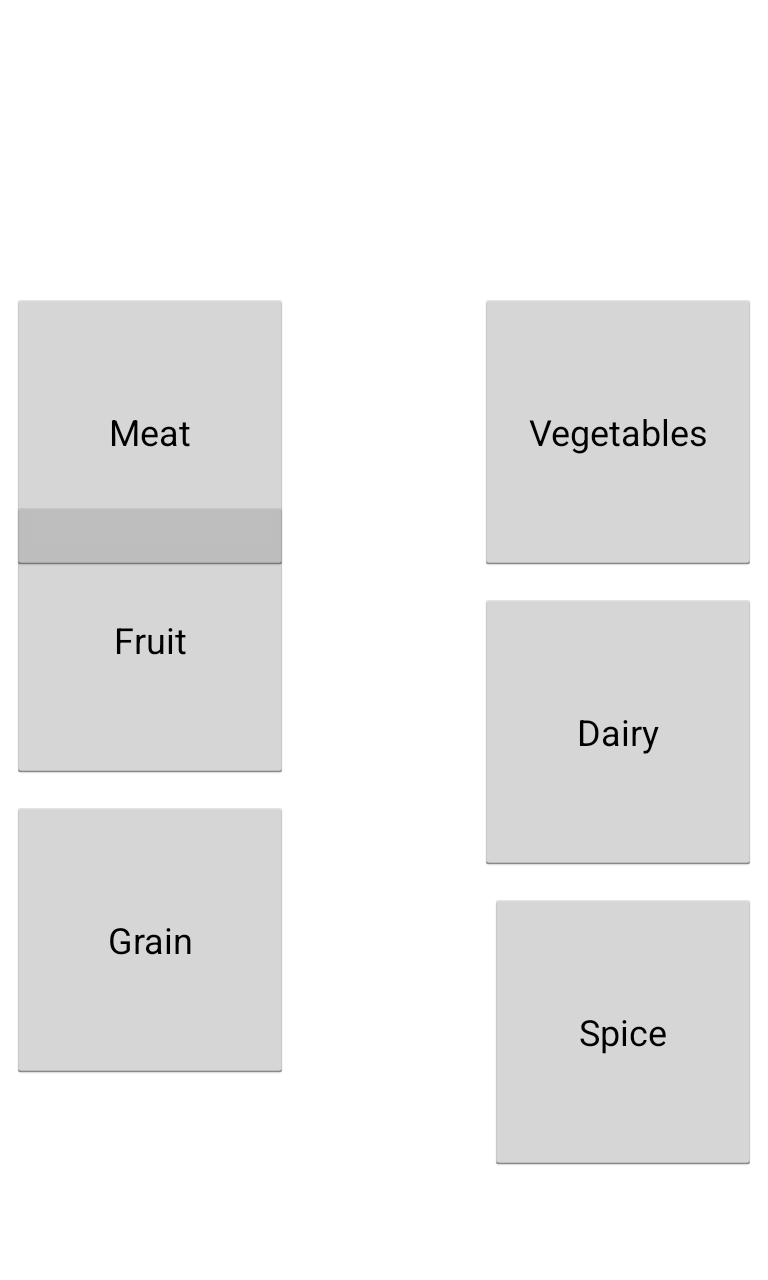
Repository: jmwood22/Boyardroid
Layout: Boyardroid/res/layout/activity_quick_recipe.xml
The author's editor kept a copy of each file at every save. The layout is drawn from the files as they stood at one save, then again after the next save.
It is drawn on a 768 x 1280 px phone screen (xhdpi) without system bars, with theme AppTheme; the app's code is not run.

Above is the layout before, as saved 2013-02-22 02:07:57.

After the next save:
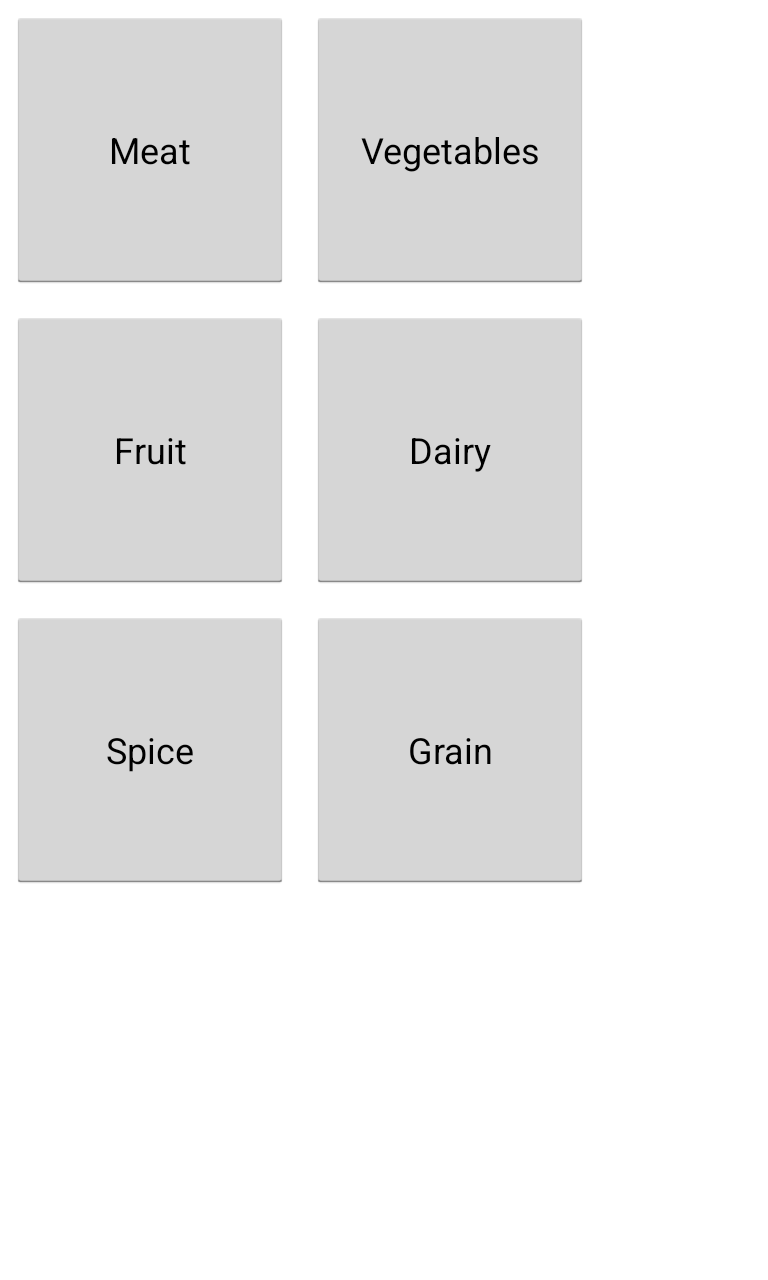
Saved 8 min 31 s later.
--- a/Boyardroid/res/layout/activity_quick_recipe.xml
+++ b/Boyardroid/res/layout/activity_quick_recipe.xml
@@ -1,63 +1,85 @@
-<RelativeLayout xmlns:android="http://schemas.android.com/apk/res/android"
+<TableLayout xmlns:android="http://schemas.android.com/apk/res/android"
     xmlns:tools="http://schemas.android.com/tools"
     android:layout_width="match_parent"
     android:layout_height="match_parent"
     tools:context=".QuickRecipe" >
 
-    <Button
-        android:id="@+id/vegetable"
-        android:layout_width="140dp"
-        android:layout_height="140dp"
-        android:layout_above="@+id/dairy"
-        android:layout_alignParentRight="true"
-        android:layout_margin="5dip"
-        android:text="@string/vegetable" />
+        android:layout_width="wrap_content"
+        android:layout_height="wrap_content"
+        android:layout_centerHorizontal="true"
+        android:layout_centerVertical="true" >
 
-    <Button
-        android:id="@+id/fruit"
-        android:layout_width="140dp"
-        android:layout_height="140dp"
-        android:layout_alignParentLeft="true"
-        android:layout_centerVertical="true"
-        android:layout_margin="5dip"
-        android:text="@string/title_activity_fruit" />
+        <TableRow
+            android:id="@+id/tableRow1"
+            android:layout_width="wrap_content"
+            android:layout_height="wrap_content" >
 
-    <Button
-        android:id="@+id/meat"
-        android:layout_width="140dp"
-        android:layout_height="140dp"
-        android:layout_above="@+id/dairy"
-        android:layout_alignParentLeft="true"
-        android:layout_margin="5dip"
-        android:text="@string/meat" />
+            <Button
+                android:id="@+id/meat"
+                android:layout_width="140dp"
+                android:layout_height="140dp"
+                android:layout_above="@+id/dairy"
+                android:layout_alignParentLeft="true"
+                android:layout_margin="5dip"
+                android:text="@string/meat" />
 
-    <Button
-        android:id="@+id/dairy"
-        android:layout_width="140dp"
-        android:layout_height="140dp"
-        android:layout_alignBaseline="@+id/fruit"
-        android:layout_alignBottom="@+id/fruit"
-        android:layout_alignParentRight="true"
-        android:layout_margin="5dip"
-        android:text="@string/dairy" />
+            <Button
+                android:id="@+id/vegetable"
+                android:layout_width="140dp"
+                android:layout_height="140dp"
+                android:layout_above="@+id/dairy"
+                android:layout_alignParentRight="true"
+                android:layout_margin="5dip"
+                android:text="@string/vegetable" />
+        </TableRow>
 
-    <Button
-        android:id="@+id/grain"
-        android:layout_width="140dp"
-        android:layout_height="140dp"
-        android:layout_alignParentLeft="true"
-        android:layout_below="@+id/fruit"
-        android:layout_margin="5dip"
-        android:text="@string/grain" />
+        <TableRow
+            android:id="@+id/tableRow2"
+            android:layout_width="wrap_content"
+            android:layout_height="wrap_content" >
 
-    <Button
-        android:id="@+id/spice"
-        android:layout_width="140dp"
-        android:layout_height="140dp"
-        android:layout_alignBaseline="@+id/grain"
-        android:layout_alignBottom="@+id/grain"
-        android:layout_alignLeft="@+id/dairy"
-        android:layout_margin="5dip"
-        android:text="@string/spice" />
+            <Button
+                android:id="@+id/fruit"
+                android:layout_width="140dp"
+                android:layout_height="140dp"
+                android:layout_alignLeft="@+id/grain"
+                android:layout_centerVertical="true"
+                android:layout_margin="5dip"
+                android:text="@string/title_activity_fruit" />
 
-</RelativeLayout>
+            <Button
+                android:id="@+id/dairy"
+                android:layout_width="140dp"
+                android:layout_height="140dp"
+                android:layout_centerVertical="true"
+                android:layout_margin="5dip"
+                android:layout_toRightOf="@+id/fruit"
+                android:text="@string/dairy" />
+        </TableRow>
+
+        <TableRow
+            android:id="@+id/tableRow3"
+            android:layout_width="wrap_content"
+            android:layout_height="wrap_content" >
+
+            <Button
+                android:id="@+id/spice"
+                android:layout_width="140dp"
+                android:layout_height="140dp"
+                android:layout_alignLeft="@+id/dairy"
+                android:layout_below="@+id/dairy"
+                android:layout_margin="5dip"
+                android:text="@string/spice" />
+
+            <Button
+                android:id="@+id/grain"
+                android:layout_width="140dp"
+                android:layout_height="140dp"
+                android:layout_alignBaseline="@+id/spice"
+                android:layout_alignBottom="@+id/spice"
+                android:layout_alignLeft="@+id/meat"
+                android:layout_margin="5dip"
+                android:layout_marginLeft="40dp"
+                android:text="@string/grain" />
+        </TableRow>
+    </TableLayout>
